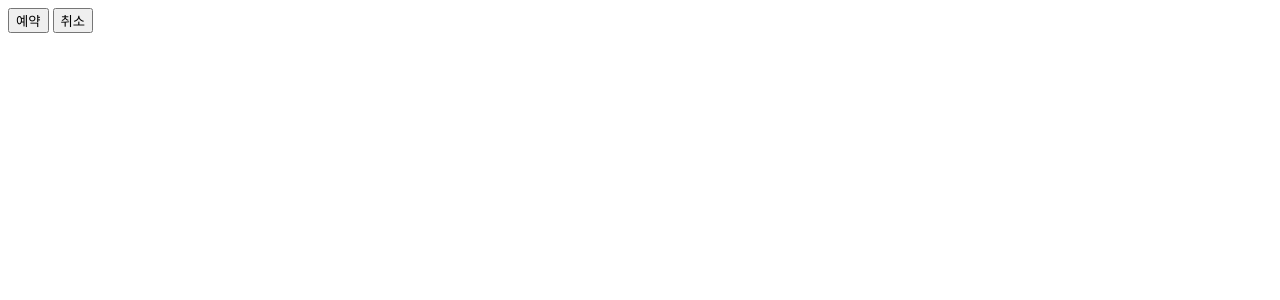
Repository: bbseok97/HTML
Page: http://localhost/jspbasic/application/reserve.jsp
These files come from the project's save history. The page is drawn as it stood at one moment and after the next save; the edit follows.
The browser window is 1280 px wide. The pictures show the whole page.
The page is served by Tomcat 9.

Above is the page before, as saved 2024-04-09 02:10:15.

After the next save:
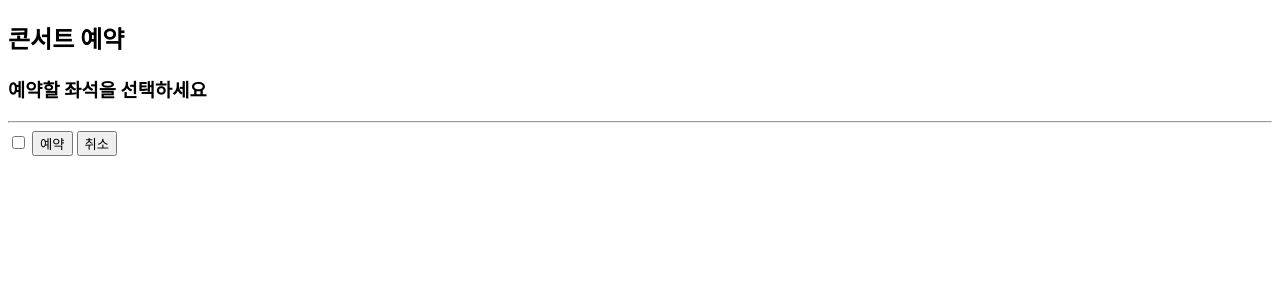
Saved 6 min 21 s later.
--- a/jspbasic/src/main/webapp/application/reserve.jsp
+++ b/jspbasic/src/main/webapp/application/reserve.jsp
@@ -1,5 +1,9 @@
 <%@ page language="java" contentType="text/html; charset=UTF-8"
     pageEncoding="UTF-8"%>
+
+<%
+
+%>
 <!DOCTYPE html>
 <html>
 	<head>
@@ -7,10 +11,15 @@
 	<title>reserve.jsp</title>
 	</head>
 	<body>
-
+		<form>
+		<h2>콘서트 예약</h2>
+		<h3>예약할 좌석을 선택하세요</h3>
+		<hr>
+		<input type="checkbox" name="intro">
 
 
 		<input type="submit" value="예약">
 		<input type="submit" value="취소">
+		</form>
 	</body>
 </html>
